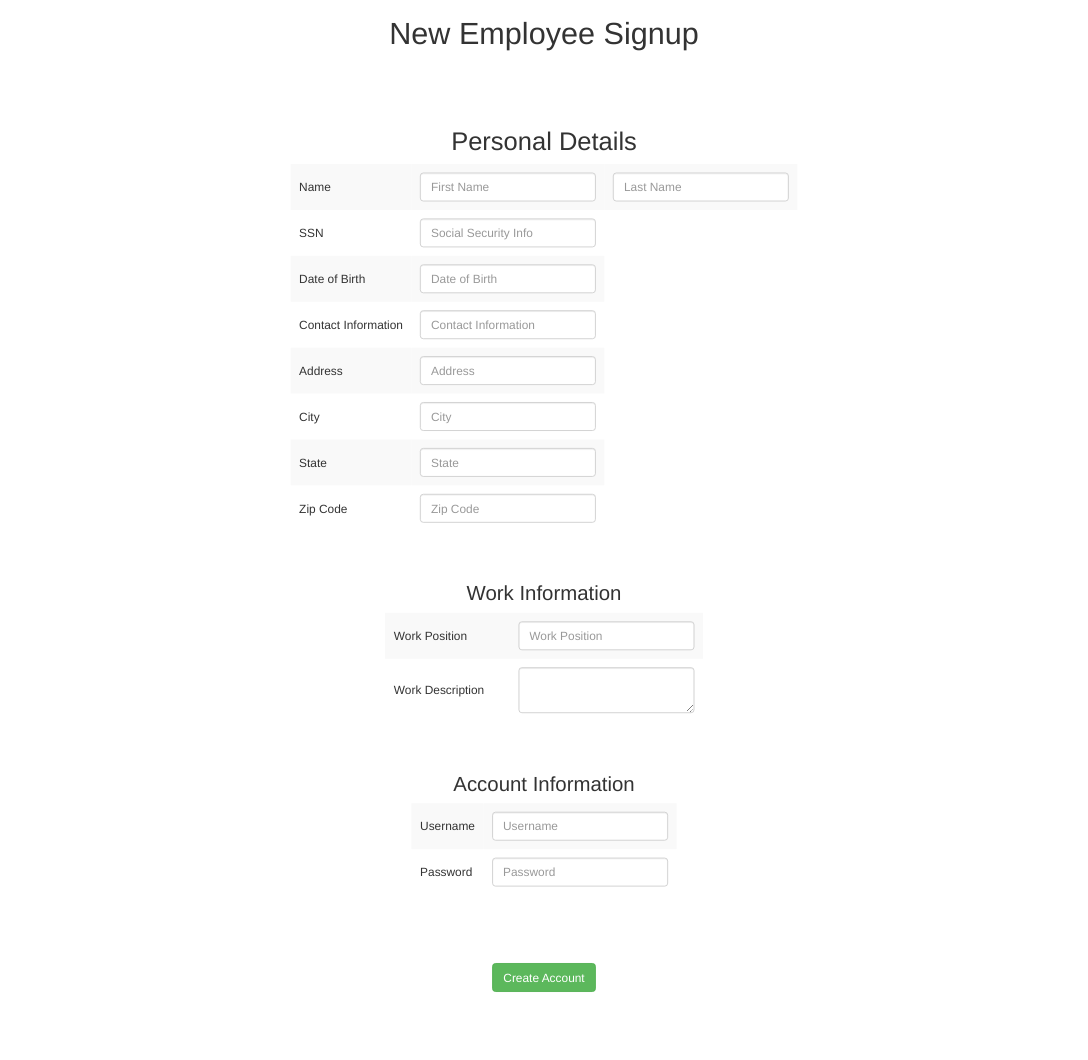
Repository: harshadrane89/CMPE273-WebService-AirlineManagement
Page: http://localhost/AirlineManagementSystemClient/TwitterGUI/CreateEmployee.jsp
The author's editor kept a copy of each file at every save. The page is drawn from the files as they stood at one save, then again after the next save.
The browser window is 1280 px wide. The pictures show the whole page, at 85% of full size.
The page is served by Tomcat 9.

Above is the page before, as saved 2013-12-08 21:38:10.

After the next save:
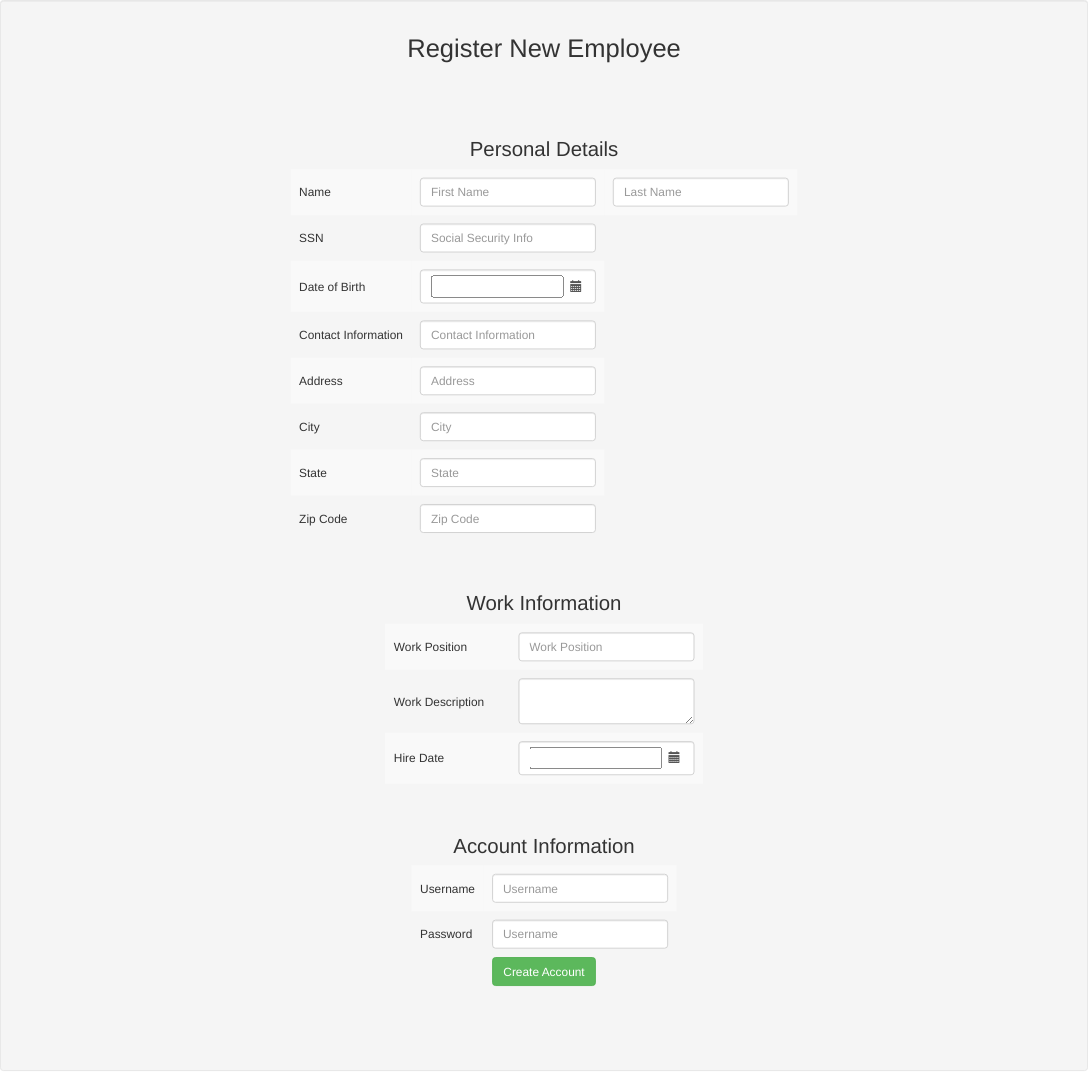
Saved 104 s later.
--- a/273_Project_Tomcat/AirlineManagementSystemClient/WebContent/TwitterGUI/CreateEmployee.jsp
+++ b/273_Project_Tomcat/AirlineManagementSystemClient/WebContent/TwitterGUI/CreateEmployee.jsp
@@ -9,7 +9,13 @@
 <link href="../css/bootstrap.min.css" rel="stylesheet" media="screen">
 </head>
 <body>
-	<form action="../EmployeeProcessor" method="post">
+
+<form action="../EmployeeProcessor" method="post" class="well">
+<center>
+	<h2> Register New Employee</h2>
+	<br>
+	<br>
+	<br>
 	<%
 	AirlineEmployee emp=new AirlineEmployee();
 	if (session.getAttribute("empObj")!=null)
@@ -17,13 +23,8 @@
 		emp=(AirlineEmployee)session.getAttribute("empObj");
 	}
 		%>
-		<center>
-		<h1>New Employee Signup</h1>
-		<br>
-		<br>
-		<br>
 
-			<h2>Personal Details</h2>
+			<h3>Personal Details</h3>
 
 			<table cellpadding="10px" cellspacing="10px" class="table-striped">
 				<tr>
@@ -40,7 +41,13 @@
 				</tr>
 				<tr>
 					<td>Date of Birth</td>
-					<td><input type="text" placeholder="Date of Birth" name="dob" value="<%=emp.getDob()!=null?emp.getDob():""%>" class="form-control" required="true">
+					<td>
+					<div class="input-append date input-group form-control" id="dp3"
+							data-date="12-07-2012" data-date-format="mm-dd-yyyy">
+							<input class="span2" name="dob" size="16" type="text"
+								value="<%=emp.getHireDate() != null ? emp.getHireDate() : ""%>" readonly> &nbsp;<span
+								class="add-on glyphicon glyphicon-calendar" required="true"></span>
+						</div>
 					</td>
 				</tr>
 				<tr>
@@ -60,12 +67,12 @@
 				</tr>
 				<tr>
 					<td>State</td>
-					<td><input type="text" placeholder="State" name="state" value="<%=emp.getState()!=null?emp.getState():""%>" class="form-control" required="true" >
+					<td><input type="text" placeholder="State" name="state" value="<%=emp.getState()!=null?emp.getState():""%>" class="form-control" required="true">
 					</td>
 				</tr>
 				<tr>
 					<td>Zip Code</td>
-					<td><input type="text" placeholder="Zip Code" name="zip" value="<%=emp.getZipCode()!=null?emp.getZipCode():""%>" class="form-control" required="true" >
+					<td><input type="text" placeholder="Zip Code" name="zip" value="<%=emp.getZipCode()!=null?emp.getZipCode():""%>" class="form-control" required="true">
 					</td>
 				</tr>
 			</table>
@@ -81,14 +88,26 @@
 				<td>Work Position</td>
 				<td>
 				<td>
-				<input type="text" placeholder="Work Position" name="wTitle" value="<%=emp.getPosition()!=null?emp.getPosition():""%>" class="form-control" required="true" >
+				<input type="text" placeholder="Work Position" name="wTitle" value="<%=emp.getPosition()!=null?emp.getPosition():""%>" class="form-control" required="true">
 				</td>
 			</tr>
 			<tr>
 				<td>Work Description</td>
 				<td>
-				<td><textarea placeholder="Work Description" name="wDesc" value="<%=emp.getWorkDesc()!=null?emp.getWorkDesc():""%>" class="form-control" required="true" >
+				<td><textarea placeholder="Work Description" name="wDesc" value="<%=emp.getWorkDesc()!=null?emp.getWorkDesc():""%>" class="form-control" required="true">
 					</textarea></td>
+			</tr>
+			<tr>
+				<td>Hire Date</td>
+				<td>
+				<td>
+					<div class="input-append date input-group form-control" id="dp1"
+							data-date="12-07-2012" data-date-format="mm-dd-yyyy">
+							<input class="span2" name="hireDate" size="16" type="text"
+								value="<%=emp.getHireDate() != null ? emp.getHireDate() : ""%>" readonly> &nbsp;<span
+								class="add-on glyphicon glyphicon-calendar" required="true"></span>
+						</div>
+				</td>
 			</tr>
 
 		</table>
@@ -104,7 +123,7 @@
 					Username
 				</td>
 				<td>
-					<input type="text" placeholder="Username" name="uName" value="<%=emp.getUserName()!=null?emp.getUserName():""%>" class="form-control" required="true" >
+					<input type="text" placeholder="Username" name="uName" value="<%=emp.getUserName()!=null?emp.getUserName():""%>" class="form-control" required="true">
 				</td>
 			</tr>
 			<tr>
@@ -112,23 +131,14 @@
 					Password
 				</td>
 				<td>
-					<input type="password" placeholder="Password" name="uPasswd" value="<%=emp.getPassword()!=null?emp.getPassword():""%>" class="form-control" required="true" >
+					<input type="password" placeholder="Username" name="uPasswd" value="<%=emp.getPassword()!=null?emp.getPassword():""%>" class="form-control" required="true">
 				</td>
 			</tr>
+		</table>
+		<input type="submit" class="btn btn-success" value="Create Account">
 
-		</table>
-		<br>
-	<br>
-	<br>
-	<br>
-			<input type="submit" value="Create Account" class="btn btn-success">
+			<br> <br> <br> <br> <br>
 	</center>
-
-	<br>
-	<br>
-	<br>
-	<br>
-
 	</form>
 </body>
 </html>
